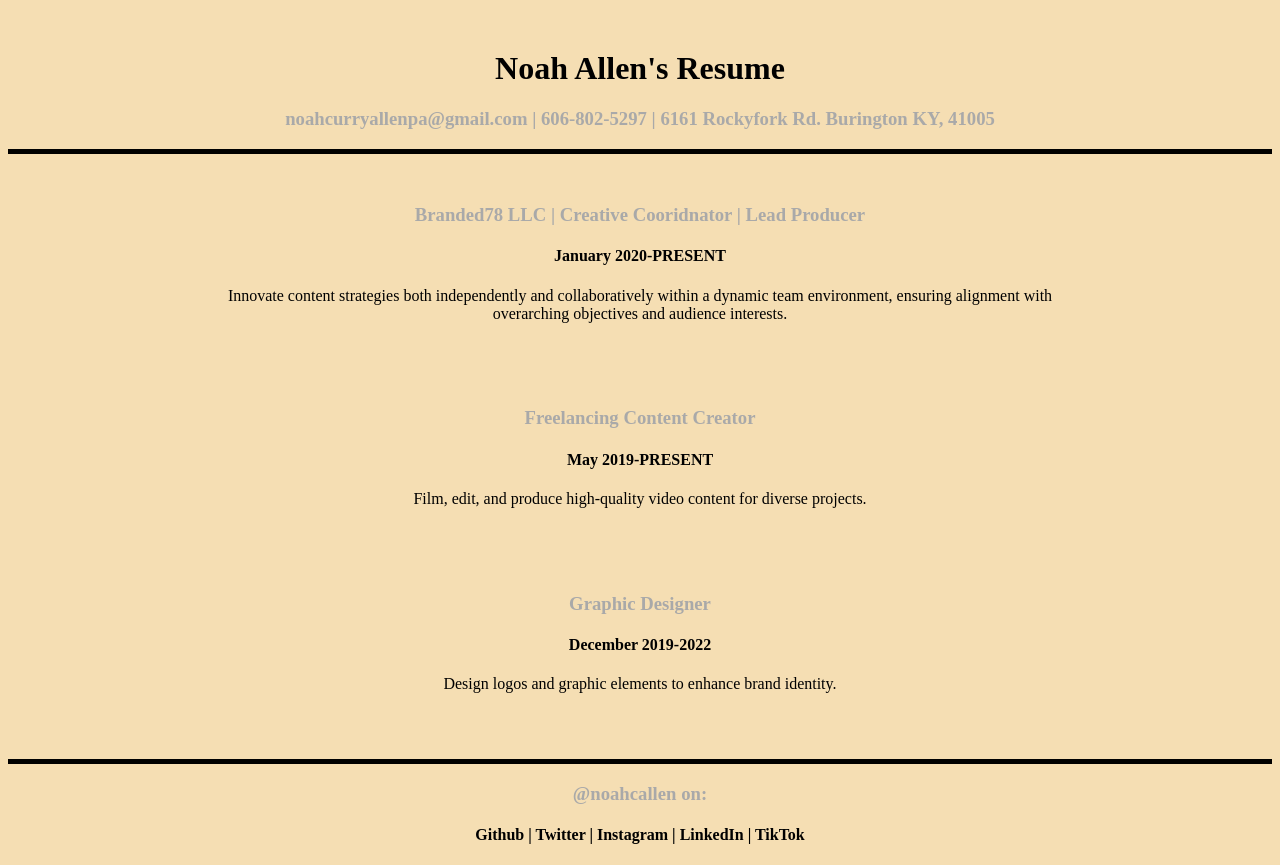
Repository: noahcallen/LAB-HTML-Resume
Page: index.html
The author's editor kept a copy of each file at every save. The page is drawn from the files as they stood at one save, then again after the next save.
The browser window is 1280 px wide. The pictures show the whole page.

Above is the page before, as saved 2024-07-08 21:52:47.

After the next save:
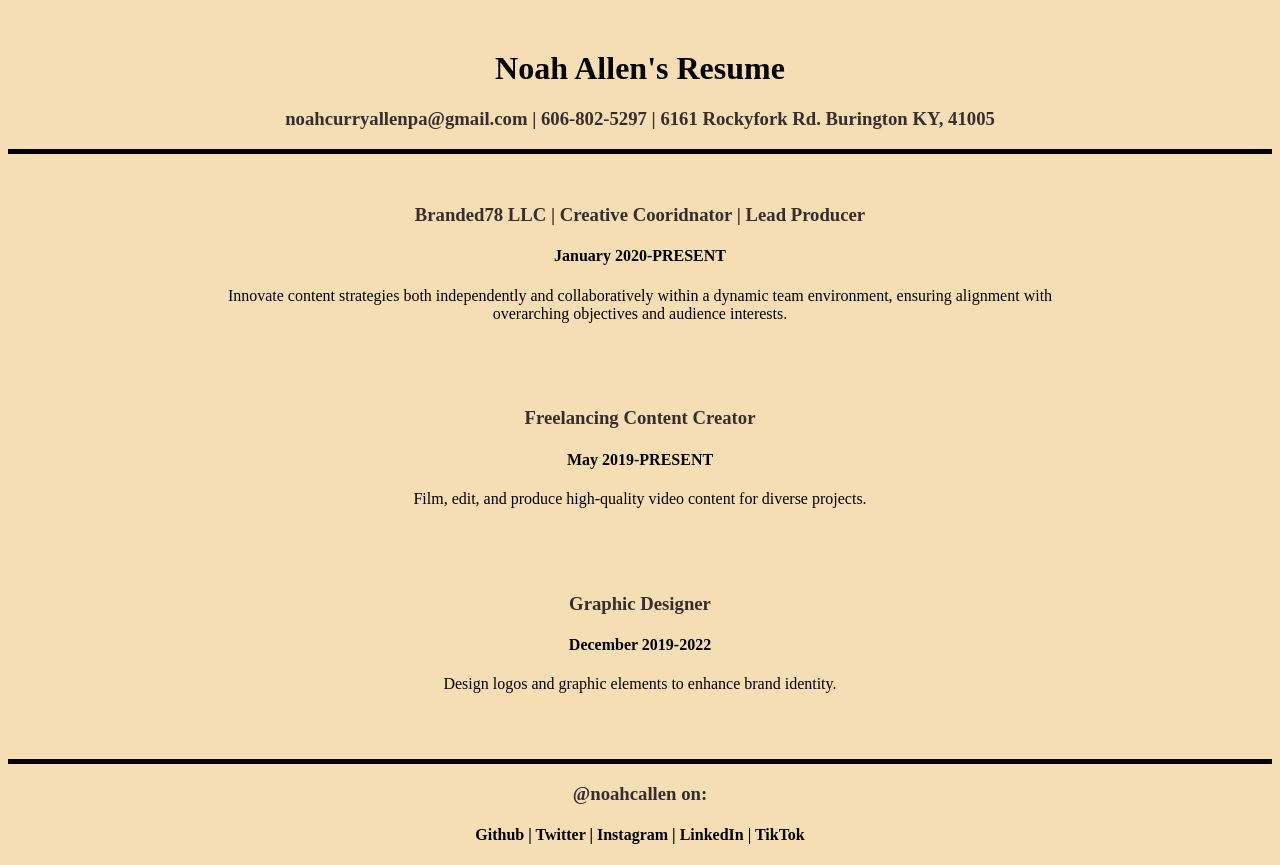
Saved 20 s later.
--- a/main.css
+++ b/main.css
@@ -4,7 +4,7 @@
 }
 
 h3 {
-  color: darkgray;
+  color: rgb(54, 46, 46);
 }
 
 .HEADER {
